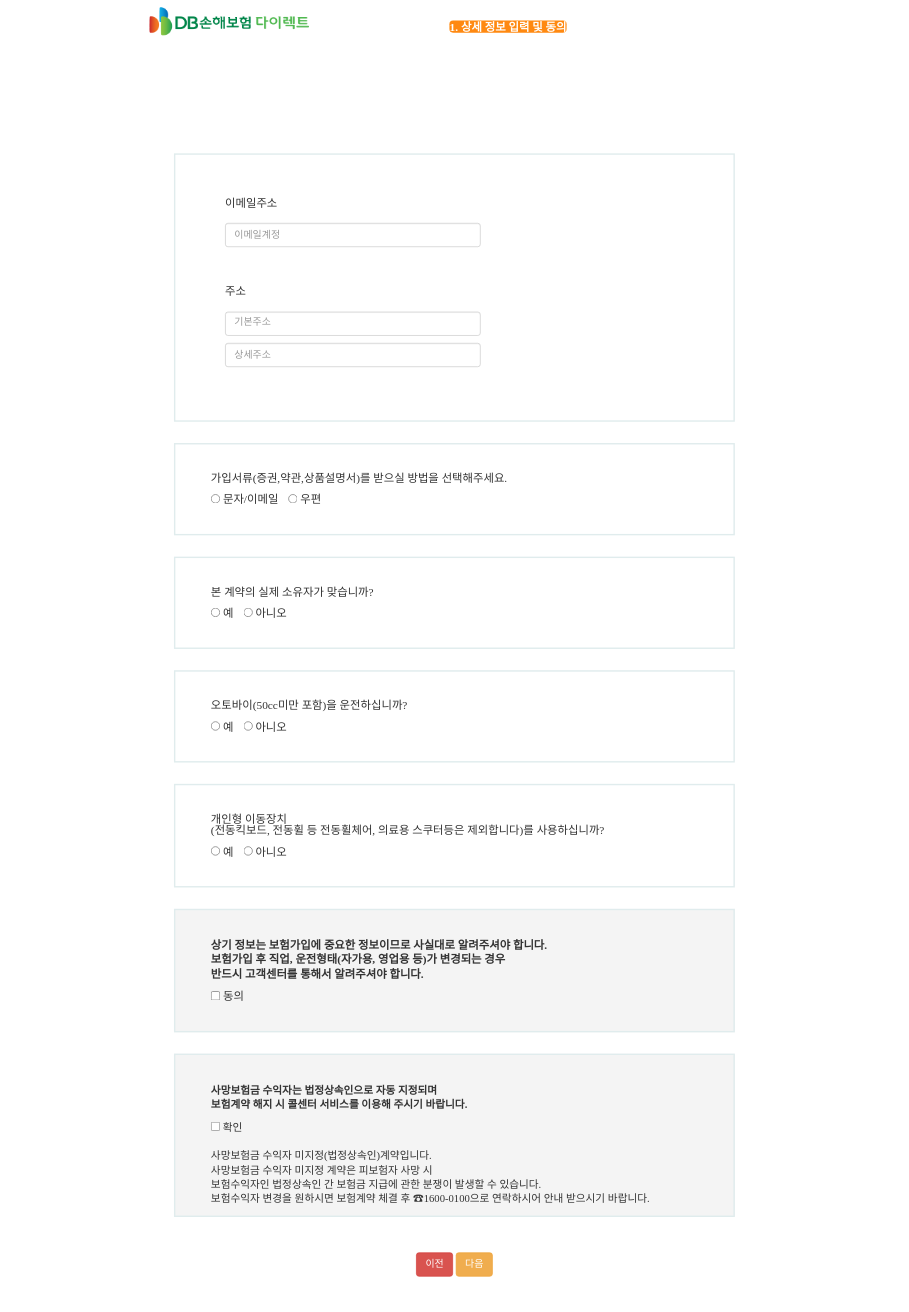
Repository: minho0324/directInsurance
Page: http://localhost/directClone/direct/details1
The author's editor kept a copy of each file at every save. The page is drawn from the files as they stood at one save, then again after the next save.
The browser window is 1280 px wide. The pictures show the whole page, at 71% of full size.
The page is served by Tomcat 9. Other server files are loaded and not shown.

Above is the page before, as saved 2021-11-18 07:06:14.

### directClone/src/main/webapp/WEB-INF/views/details1.jsp
<%@ page language="java" contentType="text/html; charset=UTF-8"
    pageEncoding="UTF-8"%>
<!DOCTYPE html>
<%@ taglib uri="http://java.sun.com/jsp/jstl/core"  prefix="c"%>
<html>
<head>
<meta charset="UTF-8">
<title>details1</title>
</head>
<link rel="stylesheet" href="https://maxcdn.bootstrapcdn.com/bootstrap/3.3.2/css/bootstrap.min.css">
<script src="http://code.jquery.com/jquery-latest.js"></script>
<style>

	html, body, div, span, applet, object, iframe,
	h1, h2, h3, h4, h5, h6, p, blockquote, pre,
	a, abbr, acronym, address, big, cite, code,
	del, dfn, em, img, ins, kbd, q, s, samp,
	small, strike, strong, sub, sup, tt, var,
	b, u, i, center,
	dl, dt, dd, ol, ul, li,
	fieldset, form, label, legend,
	table, caption, tbody, tfoot, thead, tr, th, td,
	article, aside, canvas, details, embed,
	figure, figcaption, footer, header, hgroup,
	menu, nav, output, ruby, section, summary,
	time, mark, audio, video {
		margin: 0;
		padding: 0;
		border: 0;
		font-size: 100%;
		font: inherit;
		vertical-align: baseline;
	}
	/* HTML5 display-role reset for older browsers */
	article, aside, details, figcaption, figure,
	footer, header, hgroup, menu, nav, section {
		display: block;
	}
	body {
		line-height: 1;
	}
	ol, ul {
		list-style: none;
	}
	blockquote, q {
		quotes: none;
	}
	blockquote:before, blockquote:after,
	q:before, q:after {
		content: '';
		content: none;
	}

	/* 헤더 && 컨테이너 */
	.title a img {
		padding:10px;
		float:left;
		margin-left:200px;
	}

	.header .progress_bar {
		margin: 0 auto;
		text-align:center;
		dispay:inline;
		padding-top:30px;
		margin-bottom:70px;
		margin-right:300px;
	}

	.header .progress_bar span {
		font-weight:bold;
		background: #ff8911;
		color:white;
		border-radius:5px;
		width:250px;
	}

	.container {
		margin:0 auto;
		text-align:center;
		display:block;
		width:820px;
		height:100%;
	}

	/* 이메일,주소 */
	.phone_mail {
		border:2px solid #e0eced;
		margin-top:100px;
		margin-bottom:30px;
	}

	.phone_mail_inner {
		text-align:left;
		padding:40px 0;
		margin-left:50px;
	}

	.mailform {
		padding: 20px;
	}

	.mailform h3 {
		padding-bottom:20px;
	}
	.addrform {
		padding: 20px;
	}
	.addrform h3 {
		padding-bottom:20px;
	}

	.form-control {
		width:360px;
	}

	.addr {
		margin-bottom: 10px;
		padding-bottom:10px;
	}

	/* 약관수령방법 */
	.receiving {
		border:2px solid #e0eced;
		margin-bottom:30px;
	}
	.receiving_inner {
		text-align:left;
		padding:40px 0;
		margin-left:50px;
	}
	.receiving_inner h3 {
		margin-bottom:10px;
	}

	.receiving_inner label {
		margin-right:10px;
	}

	/* 본인확인 */
	.identification {
		border:2px solid #e0eced;
		margin-bottom:30px;
	}
	.identification_inner {
		text-align:left;
		padding:40px 0;
		margin-left:50px;
	}

	.identification_inner h3 {
		margin-bottom:10px;
	}

	.identification_inner label {
		margin-right:10px;
	}

	/* 오토바이 타냐? */
	.motorcycle {
		border:2px solid #e0eced;
		margin-bottom:30px;
	}
	.motorcycle_inner {
		text-align:left;
		padding:40px 0;
		margin-left:50px;
	}

	.motorcycle_inner h3 {
		margin-bottom:10px;
	}

	.motorcycle_inner label {
		margin-right:10px;
	}

	/* 개인 이동장치 */
	.pv {
		border:2px solid #e0eced;
		margin-bottom:30px;
	}
	.pv_inner {
		text-align:left;
		padding:40px 0;
		margin-left:50px;
	}

	.pv_inner h3 {
		margin-bottom:10px;
	}

	.pv_inner label {
		margin-right:10px;
	}

	/* 최종동의 */
	.agreement {
		border:2px solid #e0eced;
		margin-bottom:30px;
		background:#f4f4f4;
	}
	.agreement_inner {
		text-align:left;
		padding:40px 0;
		margin-left:50px;
	}

	.agreement_inner h3 {
		margin-bottom:10px;
		font-weight:bold;
		line-height:20px;
	}

	.agreement_inner label {
		margin-right:10px;
	}

	/* 최종동의2 */
	.finalagree {
		border:2px solid #e0eced;
		line-height:20px;
		height:230px;
		font-size:15px;
		background:#f4f4f4;
	}
	.finalagree_inner {
		text-align:left;
		padding:40px 0;
		margin-left:50px;
	}

	.finalagree_inner h3 {
		margin-bottom:10px;
		font-weight:bold;
		line-height:20px;
	}

	.finalagree_inner label {
		margin-right:10px;
	}

	.finalagree_inner p {
		padding: 20px 0;
	}

	/* 이전다음버튼 */
	.progress_btn {
		margin:50px 0;
		text-align:center;
	}

</style>
<body>

	<!-- 헤더 -->
	<div class="headerform">
		<div class="header">
			<div class="title">
				<a href="index.jsp">
					<img src="../resources/img/logo02.png">
				</a>
				<div class="progress_bar">
					<span>1. 상세 정보 입력 및 동의</span>
				</div>
			</div>
		</div>

		<a href="<c:url value='/direct/index.jsp' />" class="btn_close"></a>
	</div>
	<!-- 헤더 끝 -->

		<!-- 컨테이너 본문 시작 -->
		<div class="container clfix">
			<div class="contents">
				<div class="phone_mail">
					<div class="phone_mail_inner">
						<div class="mailform form-group">
							<h3>이메일주소</h3>
								<input type="text" id="email" name="email" class="email form-control" placeholder="이메일계정">
								<!--
								<select name="emailSelect">
									<option id="email" value="gmail">gmail</option>
									<option id="email" value="naver">naver</option>
									<option id="email" value="hanmail">hanmail</option>
								</select>
								-->
						</div>
						<div class="addrform form-group">
							<h3>주소</h3>
								<input type="text" id="addr" name="addr" class="addr form-control" placeholder="기본주소">
								<input type="text" name="addrdetail" class="addrdetail form-control" placeholder="상세주소">
						</div>
					</div>
				</div>
				<div class="receiving">
					<div class="receiving_inner">
							<h3>가입서류(증권,약관,상품설명서)를 받으실 방법을 선택해주세요.</h3>
							<label for="receiving">
								<input type="radio" id="receiving_email" name="receiving" value="text">
								문자/이메일
							</label>
							<label for="receiving">
								<input type="radio" id="receiving_post" name="receiving" value="post">
								우편
							</label>
					</div>
				</div>
				<div class="identification">
					<div class="identification_inner">
							<h3>본 계약의 실제 소유자가 맞습니까?</h3>
							<label for="identification">
								<input type="radio" id="identification" name="identification" value="Y">
								예
							</label>
							<label for="identification">
								<input type="radio" name="identification" value="N">
								아니오
							</label>
					</div>
				</div>
				<div class="motorcycle">
					<div class="motorcycle_inner">
							<h3>오토바이(50cc미만 포함)을 운전하십니까?</h3>
							<label for="motorcycle">
								<input type="radio" id="motorcycle" name="motorcycle" value="Y">
								예
							</label>
							<label for="motorcycle">
								<input type="radio" name="motorcycle" value="N">
								아니오
							</label>
					</div>
				</div>
				<div class="pv">
					<div class="pv_inner">
							<div class="pv_detail">
								<h3>
									개인형 이동장치<br>
									(전동킥보드, 전동휠 등 전동휠체어, 의료용 스쿠터등은 제외합니다)를 사용하십니까?
								</h3>
							</div>
							<label for="pv">
								<input type="radio" id="pv" name="pv" value="Y">
								예
							</label>
							<label for="pv">
								<input type="radio" name="pv" value="N">
								아니오
							</label>
					</div>
				</div>
				<div class="agreement">
					<div class="agreement_inner">
						<div class="agreement_detail">
							<h3>
								상기 정보는 보험가입에 중요한 정보이므로 사실대로 알려주셔야 합니다.<br>
								보험가입 후 직업, 운전형태(자가용, 영업용 등)가 변경되는 경우
								<br>
								반드시 고객센터를 통해서 알려주셔야 합니다.
							</h3>
						</div>
							<label for="agreement">
								<input type="checkbox" id="agreement" name="agreement" value="agreed">
								동의
							</label>
					</div>
				</div>
				<div class="finalagree">
					<div class="finalagree_inner">
						<div class="finalagree_detail">
							<h3>
								사망보험금 수익자는 법정상속인으로 자동 지정되며<br>
								보험계약 해지 시 콜센터 서비스를 이용해 주시기 바랍니다.
							</h3>
						</div>
						<label for="finalagree">
							<input type="checkbox" id="finalagree" name="finalagree" value="agreed">
							확인
						</label>
						<p>
						사망보험금 수익자 미지정(법정상속인)계약입니다.<br>
						사망보험금 수익자 미지정 계약은 피보험자 사망 시<br> 보험수익자인 법정상속인 간 보험금 지급에 관한 분쟁이 발생할 수
						있습니다. <br>보험수익자 변경을 원하시면 보험계약 체결 후 ☎1600-0100으로 연락하시어 안내 받으시기 바랍니다.
						</p>
					</div>
				</div>
			</div>
		</div>
		<!-- 컨테이너 끝 -->
		<div class="progress_btn">
			<button class="prev btn btn-danger">이전</button>
			<button class="next btn btn-warning">다음</button>
		</div>


	<script>
		$(function() {

			$('.prev').click(function () {
				location.href="<c:url value='/direct/' />";
			})
			$('.next').click(function () {
				if($('#email').val() === '' || $('#addr').val() === '') {
					alert("이메일과 주소는 필수값입니다.");
					return;
				}else if(
					($('#receiving_email').is(':checked') || $('#receiving_post').is(':checked')) && $('#identification').is(':checked') && $('#motorcycle').is(':checked')
					&& $('#pv').is(':checked') && $('#agreement').is(':checked') && $('#finalagree').is(':checked')
					) {
					location.href="<c:url value='/direct/details2' />";
				}else {
					alert("약관에 모두 동의하세요!");
					return;
				}
			})


		});
	</script>


</body>
</html>

After the next save:
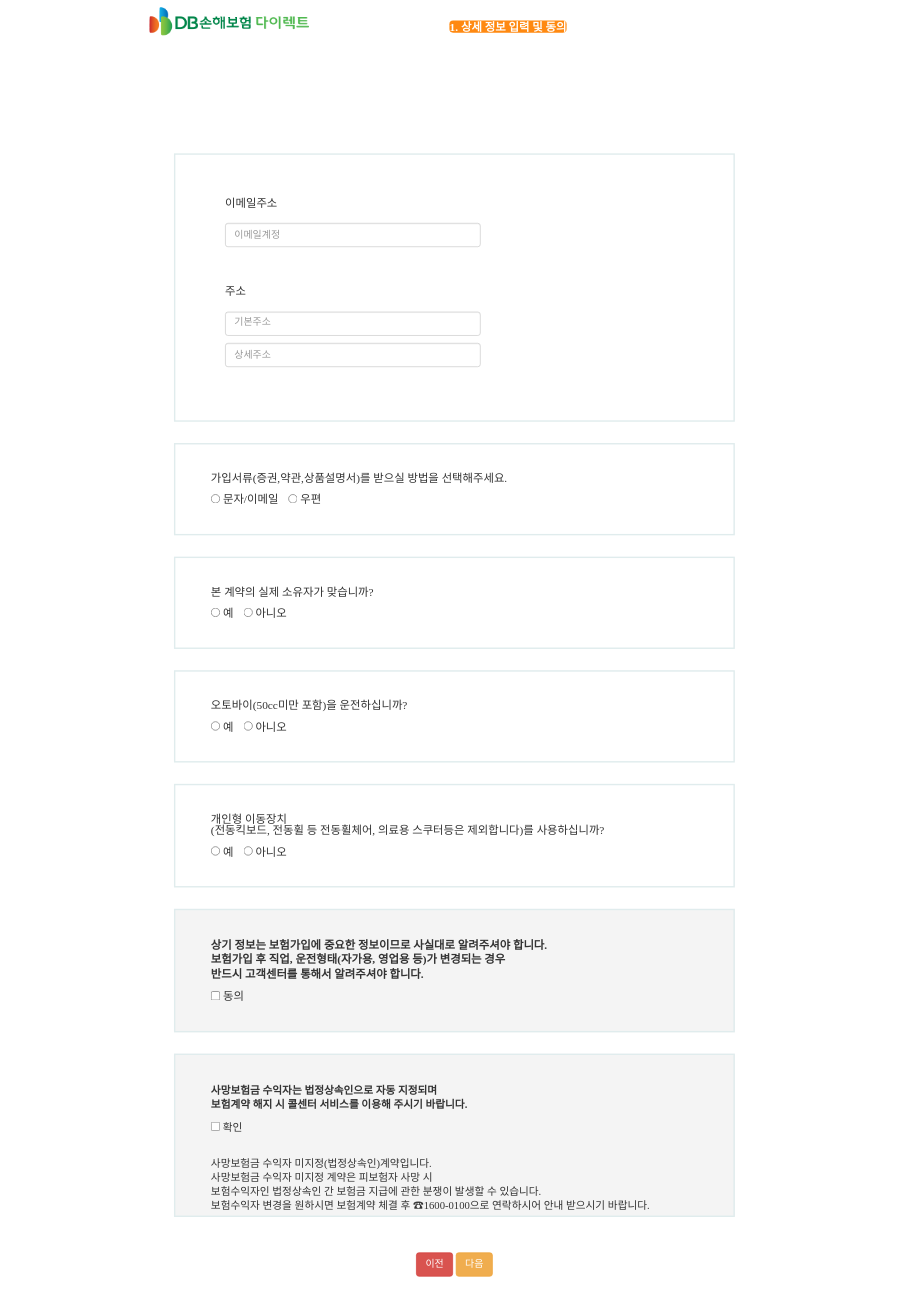
Saved 31 s later.
--- a/directClone/src/main/webapp/WEB-INF/views/details1.jsp
+++ b/directClone/src/main/webapp/WEB-INF/views/details1.jsp
@@ -241,7 +241,7 @@
 	}
 
 	.finalagree_inner p {
-		padding: 20px 0;
+		padding: 30px 0;
 	}
 
 	/* 이전다음버튼 */

After the save that followed:
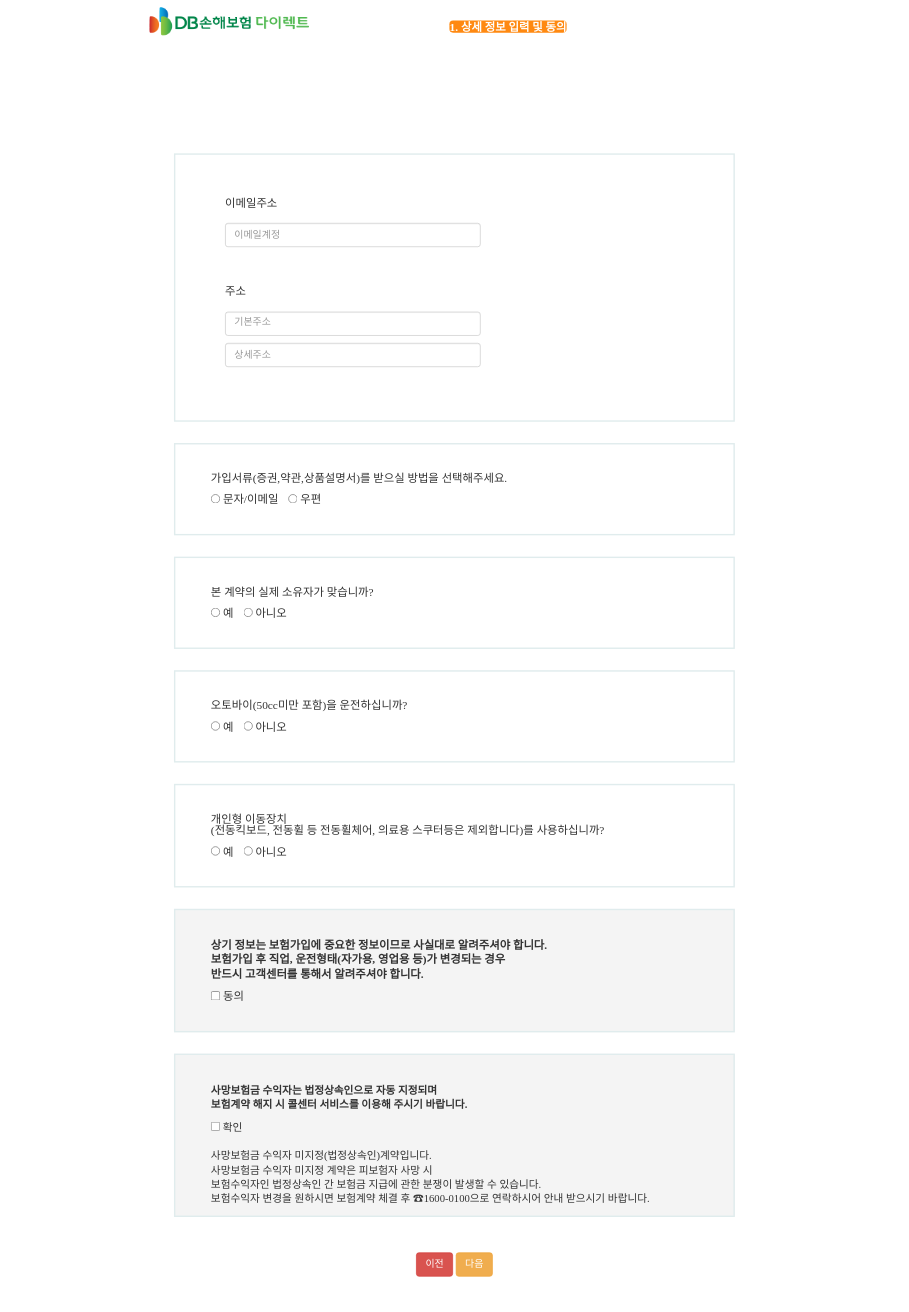
Saved 26 s later.
--- a/directClone/src/main/webapp/WEB-INF/views/details1.jsp
+++ b/directClone/src/main/webapp/WEB-INF/views/details1.jsp
@@ -241,7 +241,7 @@
 	}
 
 	.finalagree_inner p {
-		padding: 30px 0;
+		padding: 20px 0 30px 0;
 	}
 
 	/* 이전다음버튼 */
